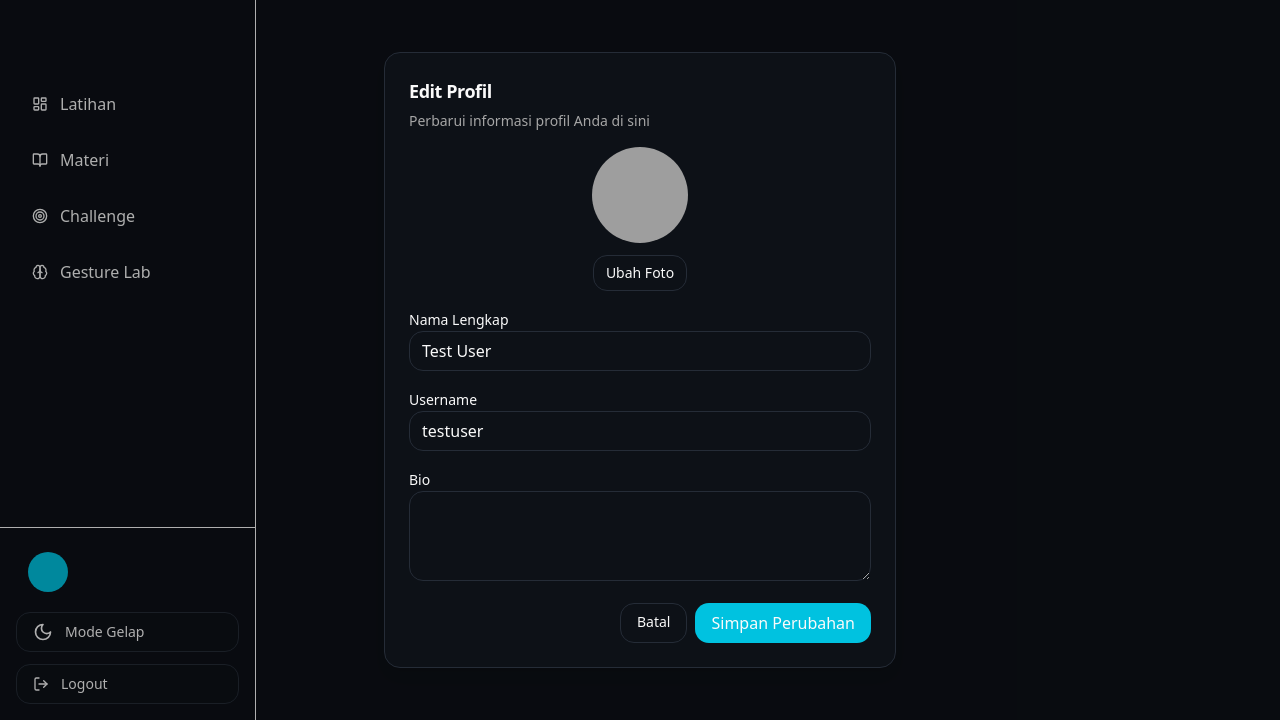
Repository: Tisna7/GESTURA
Page: http://localhost/profile/edit
These files come from the project's save history. The page is drawn as it stood at one moment and after the next save; the edit follows.
The browser window is 1280 px wide. The pictures show the whole page.
Pictures or frames that could not be fetched are drawn as grey boxes. The page is served by the project's Laravel application, run on PHP 8.4 with Laravel 12. A made-up administrator, Test User (test@example.com), is signed in. Style sheets and scripts are compiled from the project's sources, by tool versions that may differ from the author's.

Above is the page before, as saved 2025-11-23 16:34:53.

After the next save:
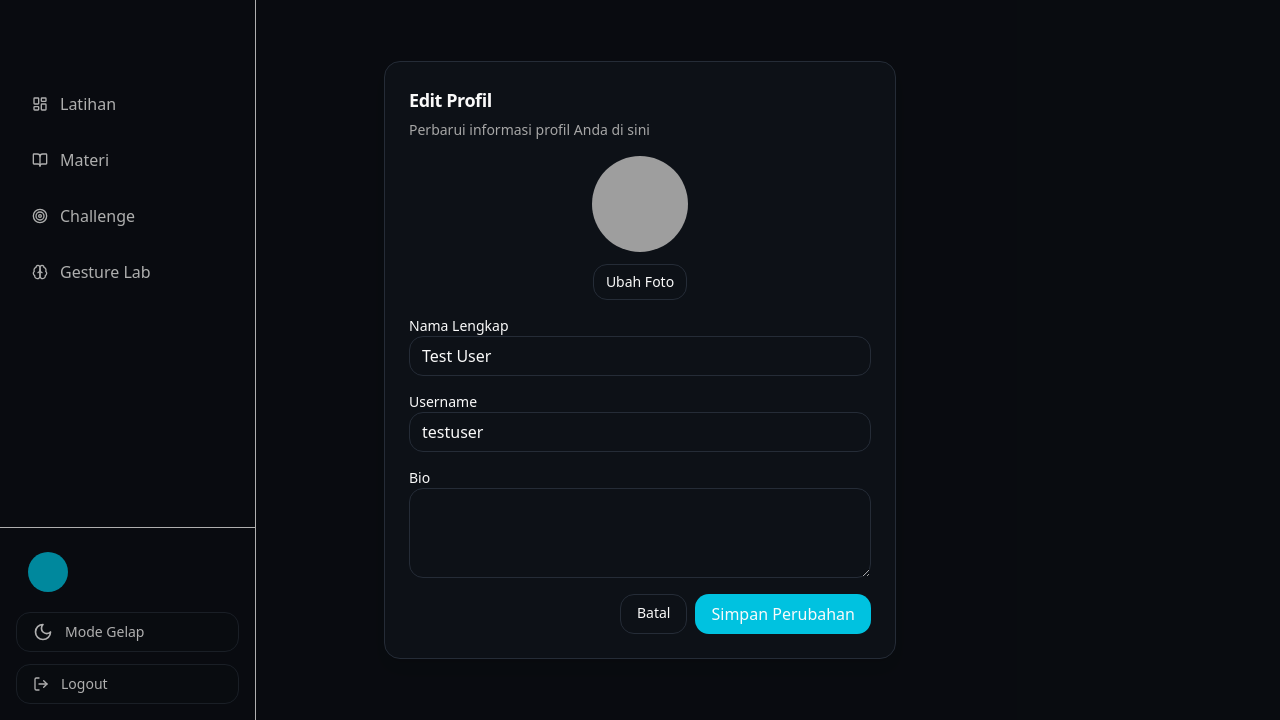
Saved 32 s later.
--- a/resources/views/user/profile-edit.blade.php
+++ b/resources/views/user/profile-edit.blade.php
@@ -88,3 +88,21 @@
     </div>
 
 @endsection
+<script>
+function generateRandomAvatar() {
+    const seeds = [
+        "panda", "cat", "fox", "ninja", "robot", "wolf", "pig", "bear",
+        "lion", "tiger", "duck", "frog", "alien", "ghost", "dragon"
+    ];
+
+    // Acak seed
+    const randomSeed = seeds[Math.floor(Math.random() * seeds.length)];
+
+    // Update hidden input
+    document.getElementById('avatarSeed').value = randomSeed;
+
+    // Update preview image
+    document.getElementById('previewImage').src =
+        "https://api.dicebear.com/7.x/avataaars/svg?seed=" + randomSeed;
+}
+</script>
